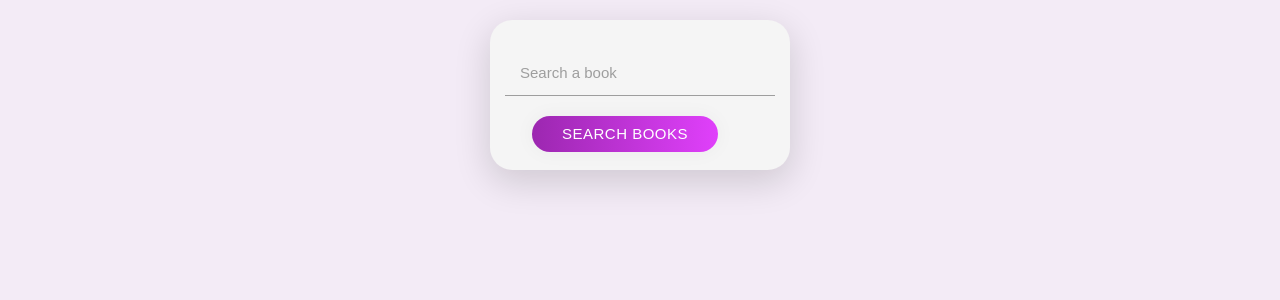
Repository: marinaserbanoiu/Cloud-Computing-Project
Page: server/frontend/bb.html
The author's editor kept a record of every edit. The page is drawn from the files as they stood at one moment, then again after the next edit.
The browser window is 1280 px wide. The pictures show the whole page.
Some web libraries are served in a nearby version.

Above is the page before.
Not found: server/frontend/mystyle.css

After the next edit:
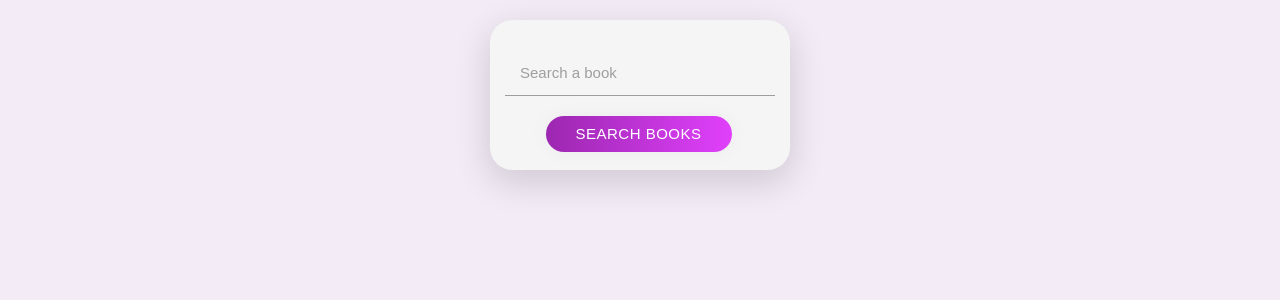
The edit:
--- a/server/frontend/bb.html
+++ b/server/frontend/bb.html
@@ -43,7 +43,7 @@
         border: 0;
        text-align:center;
         font-family: 'Ubuntu', sans-serif;
-        margin-left: 10%;
+        margin-left: 15%;
         font-size: 15px;
         box-shadow: 0 0 20px 1px rgba(0, 0, 0, 0.04);
 }
